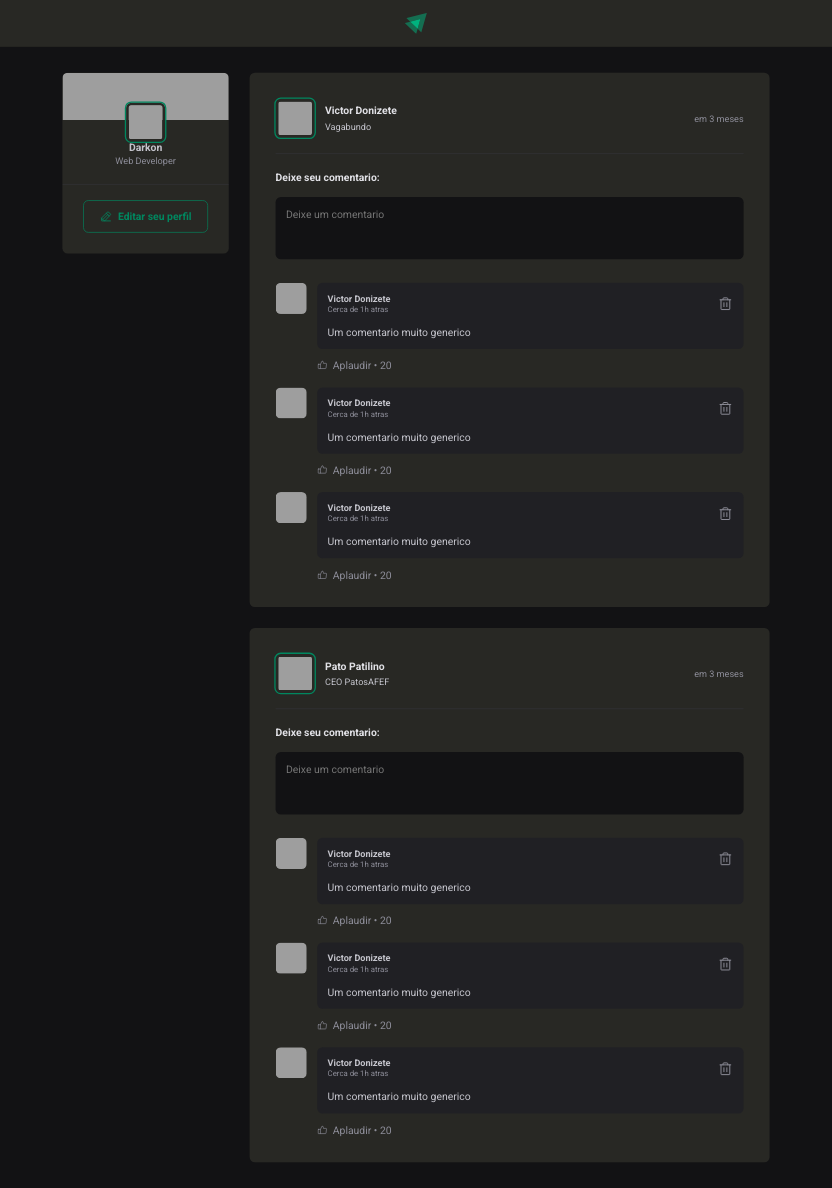
Repository: viviij/PseudoRedeSocial
Page: /
An editor plug-in stored every save of this project. The page is shown before and after the next save, followed by the edit.
The browser window is 1280 px wide. The pictures show the whole page, at 65% of full size.
Pictures or frames that could not be fetched are drawn as grey boxes. The project was rebuilt for these pictures with package versions that can differ from the ones it lists, and the page was loaded fresh each time. Also part of the build but not shown: vite.config.js.

Above is the page before, as saved 2022-10-20 14:32:23.

After the next save:
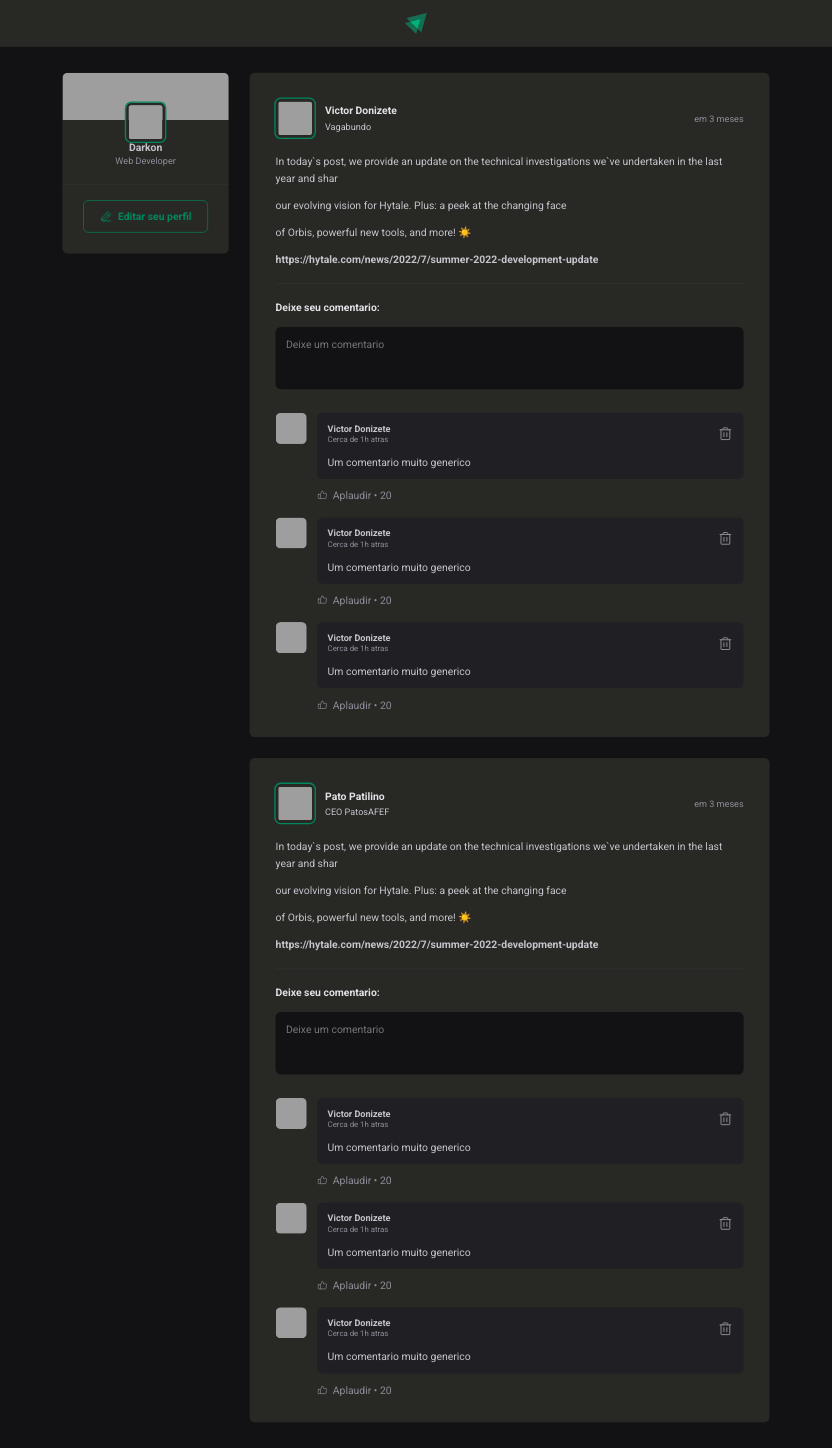
Saved 5 min 58 s later.
--- a/src/components/Post.jsx
+++ b/src/components/Post.jsx
@@ -5,7 +5,7 @@ import { Avatar } from "./Avatar"
 import { Comment } from "./Comment"
 import styles from "./Post.module.css"
 
-export function Post({ author, publishedAt }) {
+export function Post({ author, publishedAt, content }) {
 
   const publishedDateFormatted = format(publishedAt, "d 'de' LLLL 'às' HH:mm'h'", {
     locale: ptBR,
@@ -28,6 +28,16 @@ export function Post({ author, publishedAt }) {
         <time title={publishedDateFormatted} dateTime={publishedAt.toISOString()}>{publishedDateRelativeToNow}</time>
       </header>
 
+      <div className={styles.content}>
+        {content.map(line => {
+          if (line.type == 'paragraph') {
+            return <p>{line.content}</p>;
+          } else if (line.type == 'link' ) {
+            return <p><a href="#">{line.content}</a></p>
+          }
+        })}
+      </div>
+
       <form className={styles.commentForm}>
         <strong>Deixe seu comentario: </strong>
 
